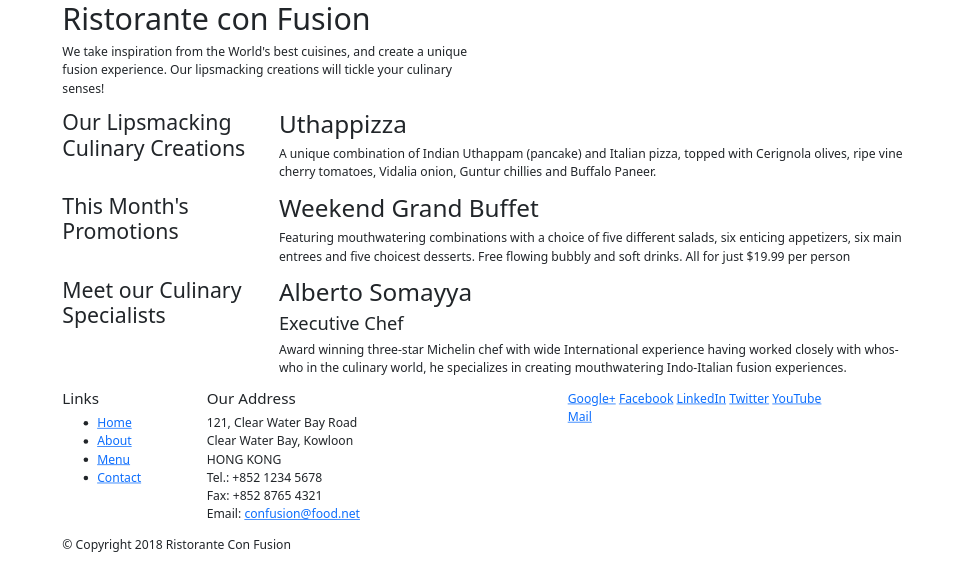
Repository: DungBuiTuan/FER201m
Page: index.html
The author's editor kept a copy of each file at every save. The page is drawn from the files as they stood at one save, then again after the next save.
The browser window is 1280 px wide. The pictures show the whole page, at 76% of full size.
Some web libraries are served in a nearby version.

Above is the page before, as saved 2023-05-16 23:08:21.

After the next save:
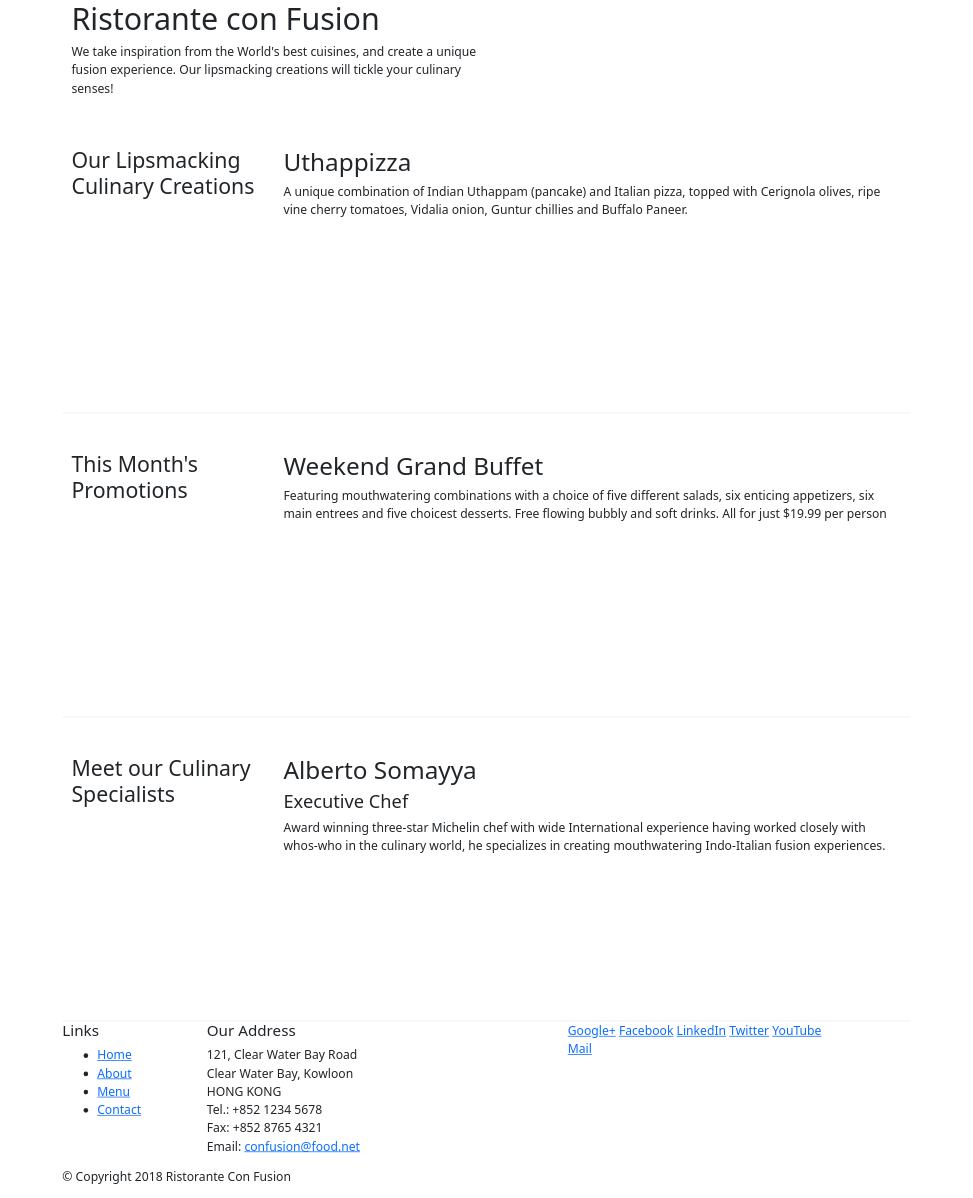
Saved 97 s later.
--- a/index.html
+++ b/index.html
@@ -16,7 +16,7 @@
 
     <header class="jumbotron">
         <div class="container">
-            <div class="row">
+            <div class="row row-header">
                 <div class="col-12 col-sm-6">
                     <h1>Ristorante con Fusion</h1>
                     <p>We take inspiration from the World's best cuisines, and create a unique fusion experience. Our lipsmacking creations will tickle your culinary senses!</p>
@@ -28,7 +28,7 @@
     </header>
 
     <div class="container">
-        <div class="row">
+        <div class="row row-content">
             <div class="col-12 col-sm-4 col-md-3">
                 <h3>Our Lipsmacking Culinary Creations</h3>
             </div>
@@ -39,7 +39,7 @@
         </div>
 
 
-        <div class="row">
+        <div class="row row-content">
             <div class="col-12 col-sm-4 col-md-3">
                 <h3>This Month's Promotions</h3>
             </div>
@@ -49,7 +49,7 @@
             </div>
         </div>
 
-        <div class="row">
+        <div class="row row-content">
             <div class="col-12 col-sm-4 col-md-3">
                 <h3>Meet our Culinary Specialists</h3>
             </div>
@@ -61,7 +61,7 @@
         </div>
     </div>
 
-    <footer>
+    <footer class="footer">
         <div class="container">
             <div class="row">
                 <div class="col-4 col-sm-2">
